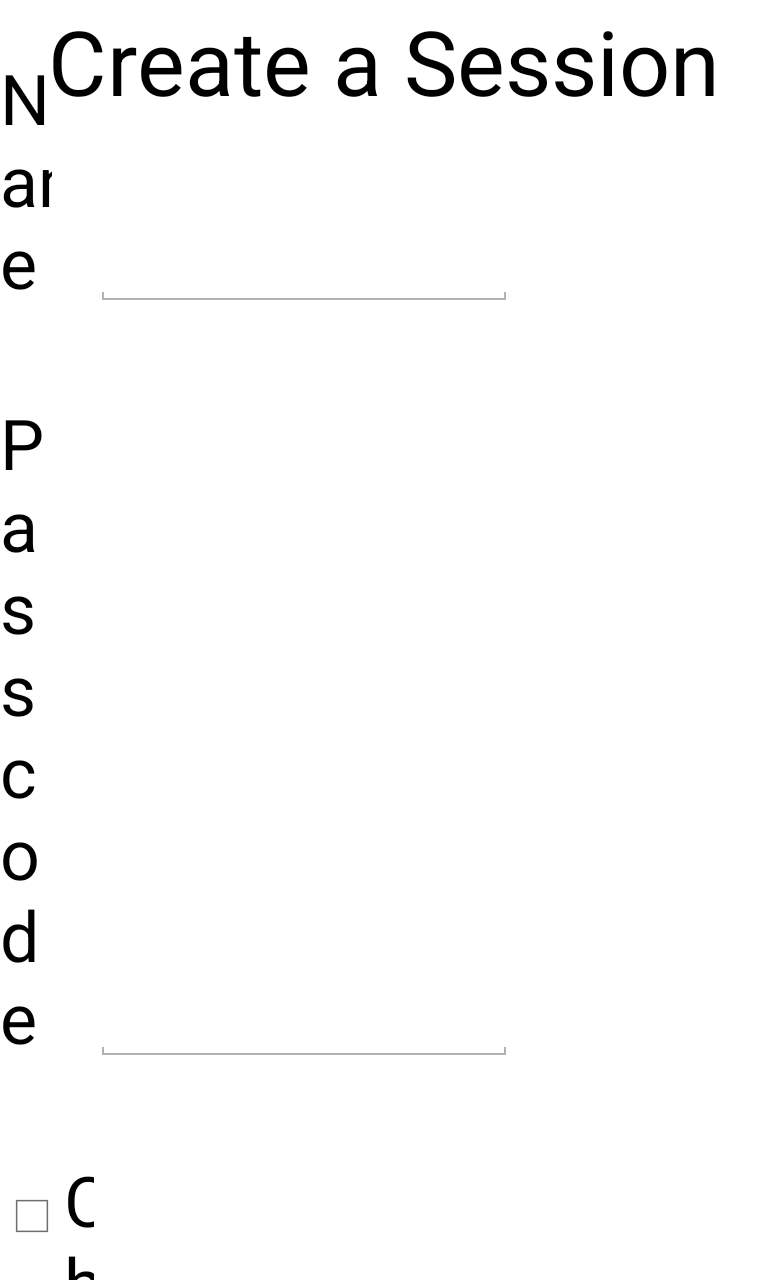
Repository: vnataraj/groupnote
Layout: GroupNote/res/layout/create_session.xml
An editor plug-in stored every save of this project. The layout is shown before and after the next save, followed by the edit.
It is drawn on a 768 x 1280 px phone screen (xhdpi) without system bars, with theme AppTheme; the app's code is not run.

Above is the layout before, as saved 2013-03-19 20:05:35.

After the next save:
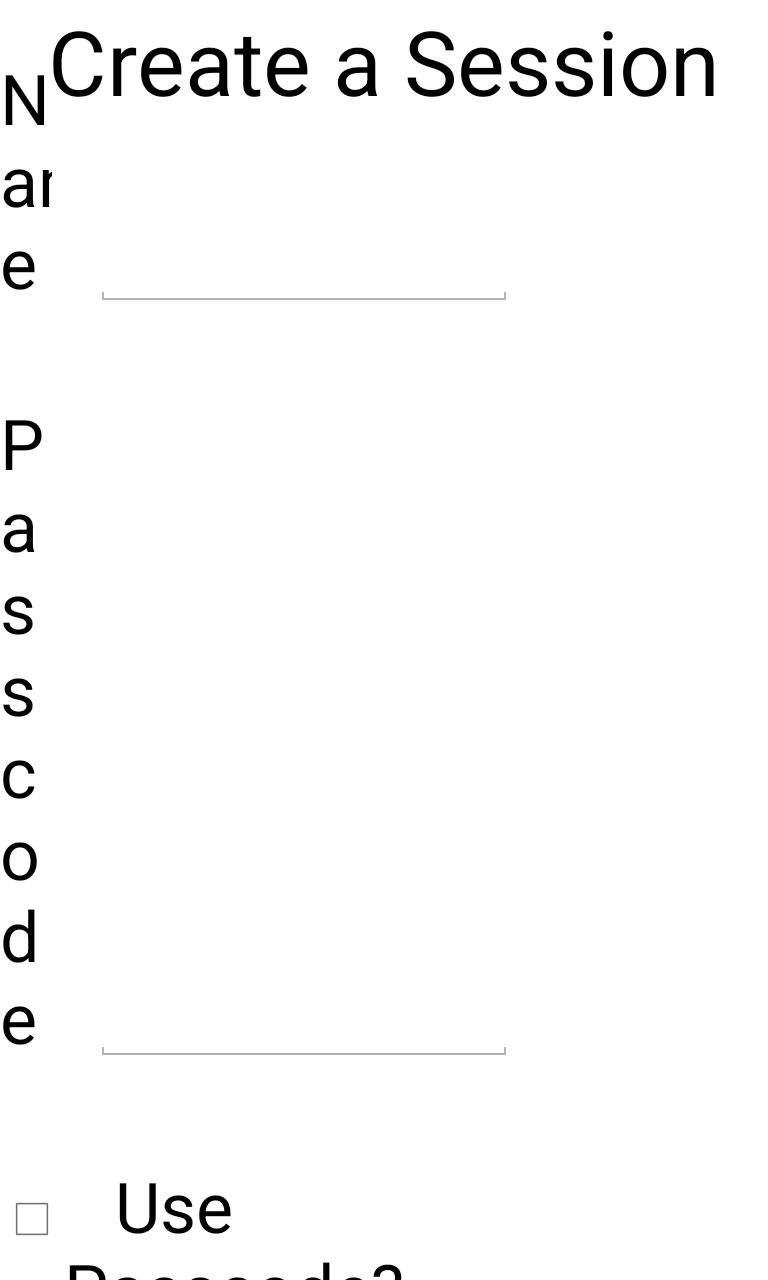
Saved 51 s later.
--- a/GroupNote/res/layout/create_session.xml
+++ b/GroupNote/res/layout/create_session.xml
@@ -61,10 +61,10 @@
         android:id="@+id/checkBox1"
         android:layout_width="wrap_content"
         android:layout_height="wrap_content"
+        android:layout_alignRight="@+id/EditText01"
         android:layout_below="@+id/EditText01"
-        android:layout_marginTop="45dp"
-        android:layout_toLeftOf="@+id/EditText01"
-        android:textSize="35sp"
-        android:text="CheckBox" />
+        android:layout_marginTop="48dp"
+        android:text="   Use Passcode?"
+        android:textSize="35sp" />
 
 </RelativeLayout>
